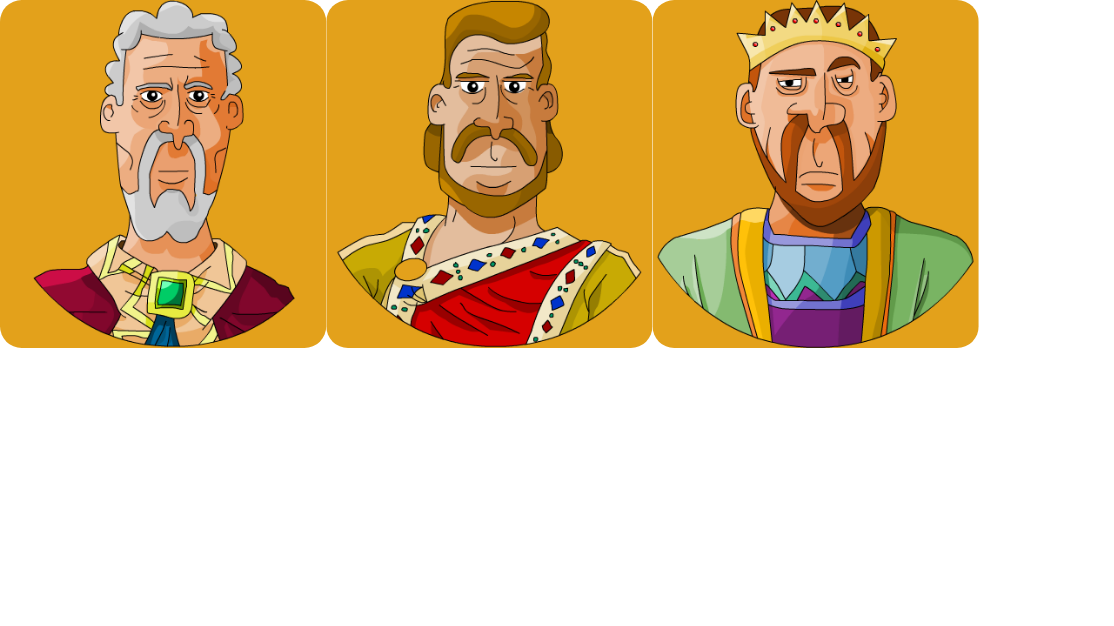
Repository: abgdev1997/ejercicios-react
Page: /
An editor plug-in stored every save of this project. The page is shown before and after the next save, followed by the edit.
The browser window is 1280 px wide. The pictures show the whole page, at 87% of full size.
The project was rebuilt for these pictures with package versions that can differ from the ones it lists, and the page was loaded fresh each time.

Above is the page before, as saved 2022-02-22 09:40:27.

### src/App.js
import './App.css';
import leovigildo from './rey_leogivildo.png';
import recesvinto from './rey_recesvinto.png';
import sisebuto from './rey_sisebuto.png';

function App() {
  return (
    <div className="App">
      <img alt='Rey Leovigildo' src={leovigildo} className='img'/>
      <img alt='Rey Recesvinto' src={recesvinto} className='img'/>
      <img alt='Rey Sisebuto' src={sisebuto} className='img'/>
    </div>
  );
}

export default App;

### src/App.css
.App{

}

.img{
  background-color:#E3A11B;
  border-radius: 25px;
}

Loaded but not shown: public/index.html (common file); src/index.js (common file); src/index.css (common file)

After the next save:
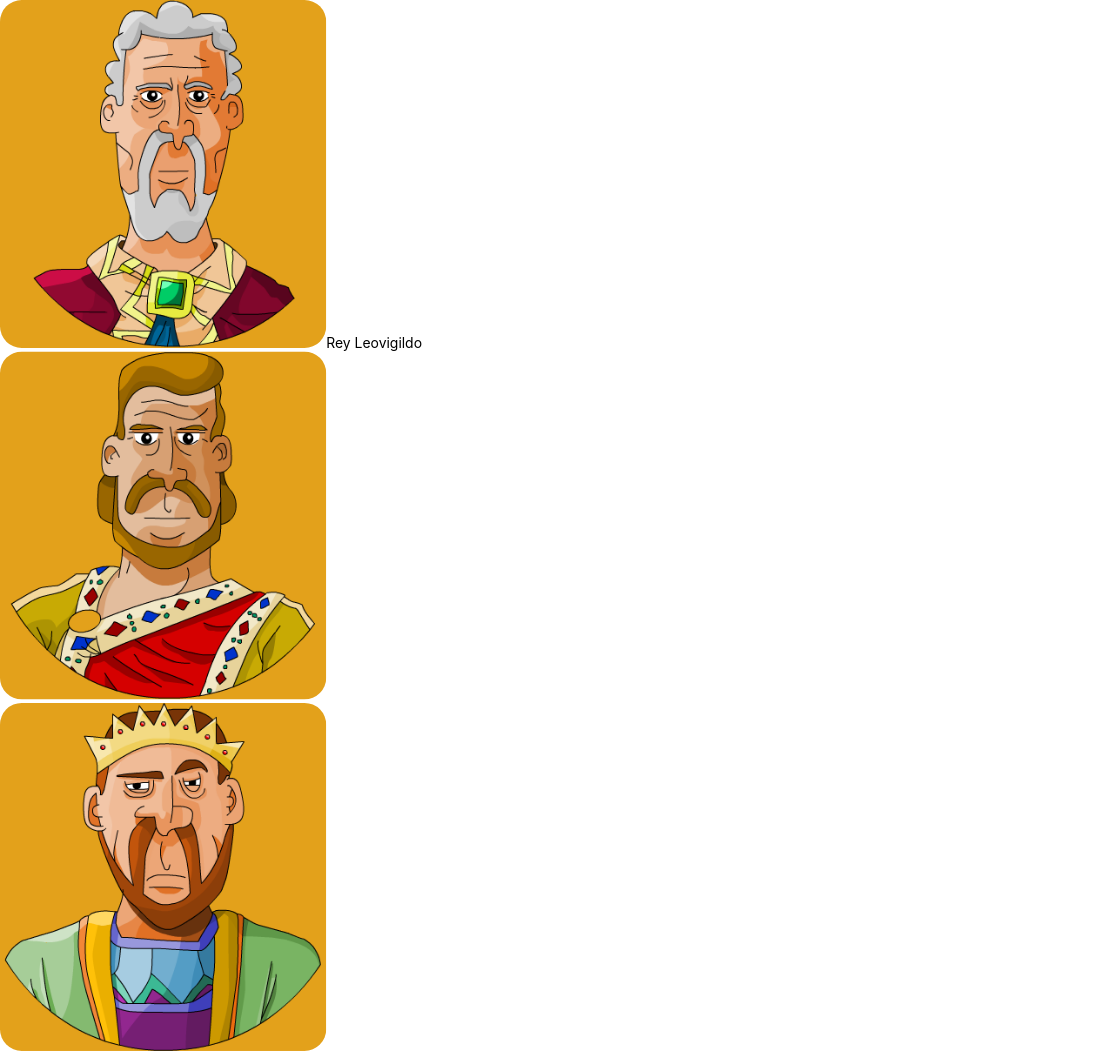
Saved 2 min 9 s later.
--- a/src/App.js
+++ b/src/App.js
@@ -6,9 +6,16 @@ import sisebuto from './rey_sisebuto.png';
 function App() {
   return (
     <div className="App">
-      <img alt='Rey Leovigildo' src={leovigildo} className='img'/>
-      <img alt='Rey Recesvinto' src={recesvinto} className='img'/>
-      <img alt='Rey Sisebuto' src={sisebuto} className='img'/>
+      <div>
+        <img alt='Rey Leovigildo' src={leovigildo} className='img'/>
+        <span>Rey Leovigildo</span>
+      </div>
+      <div>
+        <img alt='Rey Recesvinto' src={recesvinto} className='img'/>
+      </div>
+      <div>
+        <img alt='Rey Sisebuto' src={sisebuto} className='img'/>
+      </div>
     </div>
   );
 }
